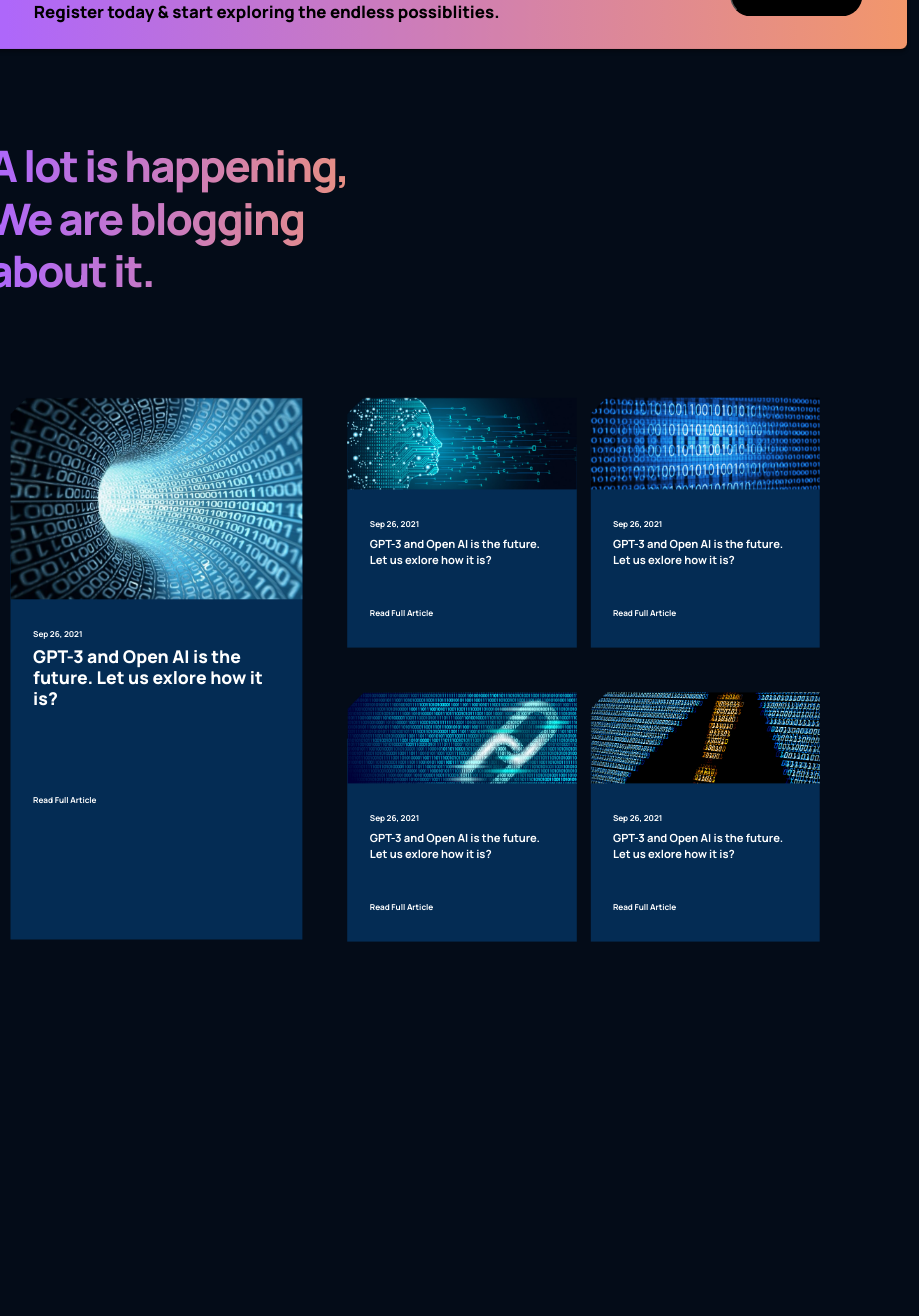
Repository: guilhermecardoso93/lp-gpt3
Page: index.html
These files come from the project's save history. The page is drawn as it stood at one moment and after the next save; the edit follows.
The browser window is 1280 px wide. The page is 1313 px wide, so the pictures cover 1313 px, including what lies to the right of the window. The pictures show the part of the page from y = 3153 to 5033 px (the page is 6604 px tall before and 6540 px after), at 70% of full size.

Above is the page before, as saved 2022-08-23 22:39:56.

### index.html
<!DOCTYPE html>
<html lang="pt-BR">

  <head>
    <meta charset="UTF-8" />
    <meta http-equiv="X-UA-Compatible" content="IE=edge" />
    <meta name="viewport" content="width=device-width, initial-scale=1.0" />
    <link rel="stylesheet" href="style.css" />
    <title>LP-GPT3</title>
  </head>

  <body>
    <div class="container">
      <header>
        <div class="menu">
          <img src="./assets/logo.svg" alt="logo da LP-GPT3" />
          <nav>
            <ul>
              <li>
                <a href="">Home</a>
              </li>
              <li><a href="">What is GPT-3?</a></li>
              <li><a href="">Open AI</a></li>
              <li><a href="">Case Studies</a></li>
              <li><a href="">Library</a></li>
            </ul>
          </nav>
          <div class="login">
            <a href="#">Sign In</a>
            <button>Sign Up</button>
          </div>
        </div>

      </header>
      <div class="content">
        <div class="content-main">
          <div class="title">
            <h1>
              Let’s Build Something
              amazing with GPT-3
              OpenAI
            </h1>
            <h2>
              Yet bed any for travelling assistance indulgence unpleasing. Not
              thoughts all exercise blessing. Indulgence way everything joy
              alteration boisterous the attachment. Party we years to order
              allow asked of.
            </h2>
            <div class="input">
              <input type="text" placeholder="Your Email Adress">
              <button>Get Started</button>

              <div class="persons">
                <img src="./assets/persons.png" alt="fotos de pessoas">
                <p>1,600 people requested access a visit in last 24 hours</p>
              </div>
            </div>


          </div>
          <div class="image-content">
            <img src="./assets/header-illustration.png" alt="">
          </div>
        </div>
      </div>
      <div class="headerFooter">
        <img src="./assets/google.svg" alt="logo do Google"/>
        <img src="./assets/slack.svg" alt="logo do slack"/>
        <img src="./assets/atlassian.svg" alt="logo do atlassian"/>
        <img src="./assets/dropbox.svg" alt="logo do Dropbox"/>
        <img src="./assets/shopify.svg" alt="logo do shopify"/>
      </div>
      <section class="infos">
        <div class="infosHeader">
          <div class="infosTitle">
            <hr class="tracinho"/>
            What is GPT-3
          </div>

          <span>
            We so opinion friends me message as delight. Whole front do of plate
            heard oh ought. His defective nor convinced residence own.
            Connection has put impossible own apartments boisterous. At jointure
            ladyship an insisted so humanity he. Friendly bachelor entrance to
            on by.
          </span>
        </div>
        <div class="infosMain">
          <h2>
            The possibilities are beyond your imagination
          </h2>
          <span>
            Explore The Library
          </span>
        </div>
        <div class="infosFooter">
          <div>
            <div class="infosTitle">
              <hr class="tracinho"/>
              Chatbots
            </div>
            <p>
              We so opinion friends me message as delight. Whole front do of
              plate heard oh ought.
            </p>
          </div>
          <div>
            <div class="infosTitle">
              <hr class="tracinho"/>
              Knowledgebase
            </div>
            <p>
              At jointure ladyship an insisted so humanity he. Friendly bachelor
              entrance to on by. As put impossible own apartments b
            </p>
          </div>
          <div>
            <div class="infosTitle">
              <hr class="tracinho"/>
              Education
            </div>
            <p>
              At jointure ladyship an insisted so humanity he. Friendly bachelor
              entrance to on by. As put impossible own apartments b
            </p>
          </div>
        </div>
      </section>
      <section class="hero">
        <div class="heroMain">
          <div class="HeroMainTitle">
            <h2>
              The Future is Now and You Just Need To Realize It. Step into
              Future Today & Make it Happen.
            </h2>
          </div>
          <span>
            Request Early Access to Get Started
          </span>
        </div>
        <div class="heroMainInfos">
          <div class="heroMainInfosItem">
            <div class="infosTitle">
              <hr class="tracinho"/>
              Improving end distrusts instantly
            </div>
            <p>
              From they fine john he give of rich he. They age and draw mrs
              like. Improving end distrusts may instantly was household
              applauded.
            </p>
          </div>
          <div class="heroMainInfosItem">
            <div class="infosTitle">
              <hr class="tracinho"/>
              Become the tended active
            </div>
            <p>
              Considered sympathize ten uncommonly occasional assistance
              sufficient not. Letter of on become he tended active enable to.
            </p>
          </div>
          <div class="heroMainInfosItem">
            <div class="infosTitle">
              <hr class="tracinho"/>
              Message or am nothing
            </div>
            <p>
              Led ask possible mistress relation elegance eat likewise debating.
              By message or am nothing amongst chiefly address.
            </p>


          </div>
          <div class="heroMainInfosItem">
            <div class="infosTitle">
              <hr class="tracinho"/>
              Improving end distrusts instantly
            </div>
            <p>
              Really boy law county she unable her sister. Feet you off its like
              like six. Among sex are leave law built now. In built table in an
              rapid blush.
            </p>
          </div>


        </div>
      </section>
      <section class="myapp">
        <div class="myappImg">
          <img src="./assets/woman-vr.png" alt="">
        </div>
        <div class="myappInfo">
          <div>
            <span>
              Request Early Access to Get Started
            </span>
          </div>
          <div>
            <h2>
              The possibilities are beyond your imagination
            </h2>
          </div>
          <div>
            <p class="myappInfoPBottom">
              Yet bed any for travelling assistance indulgence unpleasing. Not
              thoughts all exercise blessing. Indulgence way everything joy
              alteration boisterous the attachment. Party we years to order
              allow asked of.
            </p>
          </div>
          <div>
            <p class="myappInfoSpanBottom">
              Request Early Access to Get Started
            </p>
          </div>
        </div>
      </section>
      <section class="middle">
        <div>
          <p>
            Request Early Access to Get Started
          </p>
          <h2>
            Register today & start exploring the endless possiblities.
          </h2>
        </div>
        <div>
          <button>
            Get Started
          </button>
        </div>

      </section>
      <section class="middle-alot">
        <h3>
          A lot is happening,
          We are blogging about it.
        </h3>
          <div class="midlleContainer">
            <div class="area1">
              <div class="MiddleImg">
                <img src="/assets/blog-1.png" width="417.03px"
                  height="287.73px">
              </div>
              <div class="MiddleDiv">
                <p>Sep 26, 2021</p>
                <h4>GPT-3 and Open AI is the future. Let us exlore how it is?</h3>
                <p>Read Full Article</p>
              </div>
            </div>
            <div class="areaDiv">
              <div>
                <div class="area2">
                  <div class="MiddleImg2">
                    <img src="/assets/blog-2.png" width="327.34"
                      height="130.47px">
                  </div>
                  <div class="MiddleDiv2">
                    <p>Sep 26, 2021</p>
                    <h4>GPT-3 and Open AI is the future. Let us exlore how it
                      is?</h3>
                    <p>Read Full Article</p>
                  </div>
                </div>
                <div class="area3">
                  <div class="MiddleImg2">
                    <img src="/assets/blog-3.png" width="327.34"
                      height="130.47px">
                  </div>
                  <div class="MiddleDiv2">
                    <p>Sep 26, 2021</p>
                    <h4>GPT-3 and Open AI is the future. Let us exlore how it
                      is?</h3>
                    <p>Read Full Article</p>
                  </div>
                </div>
              </div>
              <div>
                <div class="area4">
                  <div class="MiddleImg2">
                    <img src="/assets/blog-4.png" width="327.34"
                      height="130.47px">
                  </div>
                  <div class="MiddleDiv2">
                    <p>Sep 26, 2021</p>
                    <h4>GPT-3 and Open AI is the future. Let us exlore how it
                      is?</h3>
                    <p>Read Full Article</p>
                  </div>
                </div>
                <div class="area5">
                  <div class="MiddleImg2">
                    <img src="/assets/blog-5.png" width="327.34"
                      height="130.47px">
                  </div>
                  <div class="MiddleDiv2">
                    <p>Sep 26, 2021</p>
                    <h4>GPT-3 and Open AI is the future. Let us exlore how it
                      is?</h3>
                    <p>Read Full Article</p>
                  </div>
                </div>
              </div>
            </div>
        </div>
      </section>
    </div>
  </body>

</html>

### style.css
@import url("https://fonts.googleapis.com/css2?family=Manrope:wght@400;500;700;800&family=Poppins:wght@400;500;700&display=swap");

* {
  margin: 0;
  padding: 0;
  box-sizing: border-box;
}

:root {
  --text-color-links: #fff;
  --color-button: #ff4820;
}

body {
  font-family: "Manrope", sans-serif;

  width: 100%;
  display: flex;
  flex-direction: column;
  align-items: center;
  justify-content: center;

  background-image: url(/assets/blur-background-left.png);
  background-repeat: no-repeat;
  background-position: top left;
  background: #040c18;
  overflow-x: hidden;
}

a {
  text-decoration: none;
  color: var(--text-color-links);
}

ul {
  list-style: none;
  display: flex;
  gap: 54px;
}

.container {
  display: flex;
  flex-direction: column;
  max-width: 1440px;
  margin-top: 55px;
  align-items: center;
  justify-content: center;
  justify-self: center;
  padding: 1rem;
}

header {
  display: flex;
  flex-direction: column;
  justify-content: center;
  align-items: center;
  width: 100%;
}

.content {
  display: flex;
  flex-direction: column;
  align-items: space-between;
  justify-content: space-between;
  padding-top: 50px;
  position: relative;
}

.content-main {
  display: flex;
  flex-direction: row;
}

.menu {
  display: flex;
  align-items: center;
  justify-content: space-between;
  width: 100%;
}

.menu nav ul li {
  font-weight: 500;
  font-size: 18px;
  line-height: 25px;
}

.menu nav ul li a:hover {
  border-bottom: 1px solid var(--text-color-links);
}

.menu img {
  padding-right: 69px;
}

.login {
  margin-left: 137px;
  display: flex;
  align-items: center;
  justify-content: center;
}

.login > button {
  margin-left: 26px;
  width: 152px;
  height: 58px;

  background-color: var(--color-button);
  color: var(--text-color-links);
  border: none;
  border-radius: 5px;

  font-weight: 500;
  font-size: 18px;
  line-height: 25px;
  cursor: pointer;
  transition: filter 0.2s;
}

.login > button:hover {
  filter: brightness(0.5);
}

.title {
  display: flex;
  flex-direction: column;
  gap: 2rem;
}

.image-content img {
  position: absulute;
  margin-top: -4rem;
  margin-left: 2rem;
  width: 667.41px;
  height: 701.59px;
}

.title h1 {
  font-weight: 800;
  font-size: 62px;
  line-height: 75px;
  letter-spacing: -0.04em;
  width: 614px;
  height: 225px;

  background: linear-gradient(89.97deg, #ae67fa 1.84%, #f49867 102.67%);
  -webkit-background-clip: text;
  -webkit-text-fill-color: transparent;
  background-clip: text;
  text-fill-color: transparent;
}

.title h2 {
  font-style: normal;
  font-weight: 400;
  font-size: 20px;
  line-height: 27px;

  color: #81afdd;
  width: 554px;
}

.input {
  width: 100%;
  max-width: 630px;
}

.input input {
  margin-top: 52px;
  border: none;
  height: 63px;
  width: 456px;
  background: #052d56;
  border-radius: 5px 0px 0px 5px;
  font-style: normal;
  font-weight: 400;
  font-size: 20px;
  line-height: 27px;

  color: #3d6184;
  padding-left: 2rem;
  outline: none;
}

.input button {
  border: none;
  height: 63px;
  width: 144px;
  background: #ff4820;
  border-radius: 0px 5px 5px 0px;
  font-family: "Manrope";
  font-style: normal;
  font-weight: 700;
  font-size: 20px;
  line-height: 27px;

  color: #ffffff;
}

.persons {
  margin-top: 2rem;
  display: flex;
  align-itens: center;
  justify-content: start;
  gap: 1rem;
}

.persons img {
  width: 181.79px;
  height: 38px;
}

.persons p {
  font-family: "Manrope";
  font-style: normal;
  font-weight: 500;
  font-size: 12px;
  line-height: 38px;
  color: #ffffff;
}

.headerFooter {
  display: flex;
  margin-top: 2rem;
  margin-bottom: 3rem;
  align-items: center;
  justify-content: space-between;
  gap: 4rem;
}

.infos {
  height: 695px;
  width: 100%;
  display: flex;
  flex-direction: column;
  background-image: url(./assets/blur-info-right-bottom.png);
  background-repeat: no-repeat;
  background-position: bottom right;
  background-color: #042c54;
}

.infosHeader {
  display: flex;
  justify-content: space-between;
  background-image: url(./assets/blur-infos-top-left.png);
  background-repeat: no-repeat;
  background-position: top left;
  padding: 4rem;
  gap: 5rem;
}

.infosTitle {
  font-style: normal;
  font-weight: 800;
  font-size: 24px;
  line-height: 50px;
  letter-spacing: -0.04em;
  color: #ffffff;
}

.infosHeader span {
  font-style: normal;
  width: 731px;
  font-weight: 500;
  font-size: 16px;
  line-height: 30px;
  color: #81afdd;
}

.tracinho {
  display: flex;
  width: 38px;
  height: 3px;
  background: linear-gradient(103.22deg, #ae67fa -13.86%, #f49867 99.55%),
    #ffffff;
  border: 0;
}

.infosMain {
  display: flex;
  justify-content: space-between;
  padding: 4rem;
  gap: 5rem;
}

.infosMain h2,
.myappInfo h2 {
  font-style: normal;
  font-weight: 800;
  font-size: 34px;
  line-height: 45px;
  width: 472px;

  background: linear-gradient(103.22deg, #ae67fa -13.86%, #f49867 99.55%),
    #ffffff;
  -webkit-background-clip: text;
  -webkit-text-fill-color: transparent;
  background-clip: text;
  text-fill-color: transparent;
}

.infosMain span,
.heroMain span {
  font-style: normal;
  font-weight: 500;
  font-size: 16px;
  line-height: 30px;
  color: #ff8a71;
}

.infosFooter {
  display: flex;
  padding: 4rem;
  gap: 2rem;
  padding-bottom: 10rem;
}

.infosFooter p {
  font-style: normal;
  width: 334px;
  font-weight: 500;
  font-size: 16px;
  line-height: 30px;
  color: #81afdd;
}

.infosFooter .infosTitle {
  margin-bottom: 2rem;
}

.hero {
  display: flex;
  width: 100%;
  justify-content: space-between;
  margin-top: 15rem;
  gap: 10rem;
}

.heroMain {
  display: flex;
  flex-direction: column;
  gap: 4rem;
}

.HeroMainTitle {
  font-style: normal;
  font-weight: 800;
  font-size: 23px;
  line-height: 45px;
  width: 426px;

  background: linear-gradient(103.22deg, #ae67fa -13.86%, #f49867 99.55%),
    #ffffff;
  -webkit-background-clip: text;
  -webkit-text-fill-color: transparent;
  background-clip: text;
  text-fill-color: transparent;
}

.heroMainInfosItem {
  display: flex;
  gap: 5rem;
}

.heroMainInfosItem .infosTitle {
  width: 182px;
  font-weight: 800;
  font-size: 18px;
  line-height: 24px;
}

.heroMainInfosItem p {
  width: 334px;
  height: 92px;

  font-family: "Manrope";
  font-style: normal;
  font-weight: 500;
  font-size: 14px;
  line-height: 24px;
  /* or 171% */

  color: #81afdd;
}

.myapp {
  display: flex;
  width: 100%;
  justify-content: space-around;
  margin-top: 4rem;
}

.myappImg img {
  width: 546px;
  height: 607.53px;
}

.myappInfo {
  margin-top: 15rem;
  width: 479px;
}

.myappInfo div {
  margin-bottom: 2rem;
}
.myappInfo h2 {
  width: 426px;
}

.myappInfo span {
  font-style: normal;
  font-weight: 500;
  font-size: 16px;
  line-height: 30px;
  color: #71e5ff;
}

.myappInfoPBottom {
  font-style: normal;
  font-weight: 400;
  font-size: 16px;
  line-height: 30px;
  width: 479px;
  color: #81afdd;
}

.myappInfoSpanBottom {
  color: #ff8a71;
}

.middle {
  margin-top: 8rem;
  margin-bottom: 8rem;
  width: 100%;
  height: 172.65px;
  padding: 4rem;
  background: linear-gradient(89.97deg, #ae67fa 1.84%, #f49867 102.67%);
  border: 1px solid #000000;
  box-shadow: 0px 4px 4px rgba(0, 0, 0, 0.25);
  border-radius: 10.7236px;

  display: flex;
  justify-content: space-between;
}

.middle div p {
  font-weight: 500;
  font-size: 12px;
  line-height: 30px;
  color: #0e0e0e;
}

.middle div h2 {
  font-style: normal;
  font-weight: 800;
  font-size: 24px;
  line-height: 45px;
  color: #000000;
}

.middle button {
  width: 189.14px;
  height: 59.4px;
  left: 1078.74px;
  top: 3235.41px;

  background: #000000;
  border-radius: 40px;
  color: #fff;
  font-style: normal;
  font-weight: 700;
  font-size: 18px;
  line-height: 30px;
}

.middle-alot {
  display: flex;
  flex-direction: column;
  justify-content: center;
}

.middle-alot h3 {
  width: 100%;
  width: 613px;
  font-style: normal;
  font-weight: 800;
  font-size: 62px;
  line-height: 75px;
  letter-spacing: -0.04em;
  background: linear-gradient(89.97deg, #ae67fa 1.84%, #f49867 102.67%);
  -webkit-background-clip: text;
  -webkit-text-fill-color: transparent;
  background-clip: text;
  text-fill-color: transparent;
  margin-bottom: 3rem;
}

.midlleContainer {
  display: flex;
  flex-direction: row;
  justify-content: center;
  gap: 4rem;
  margin: 2rem;
}

.areaDiv {
  display: grid;
  grid-template-columns: 1fr 1fr 1fr;
  grid-template-rows: 1fr 1.2fr 1.2fr;
  gap: 20px 20px;
  grid-template-areas:
    ". area2 area3"
    ". area4 area5"
    ". . .";
}

.area1 {
  width: 417.03px;
  height: 696.16px;
}

.area1 .MiddleDiv {
  background: #042c54;
  padding: 2rem;
  color: #fff;
  padding-top: 6rem;
  height: 550.16px;
}

.midlleContainer div p {
  font-weight: 700;
  font-size: 11.649px;
  line-height: 35px;
}

.area1 div h4 {
  width: 342.18px;
  font-weight: 800;
  font-size: 25.11px;
  line-height: 30px;
  margin-bottom: 7rem;
}

.MiddleImg {
  display: flex;
  position: relative;
  top: 4rem;
}

.area2 {
  grid-area: area2;
}

.area3 {
  grid-area: area3;
}

.area4 {
  grid-area: area4;
}

.area5 {
  grid-area: area5;
}

.MiddleDiv2 {
  background: #042c54;
  width: 327.34px;
  //height: 260.84px;
  padding: 2rem;
  color: #fff;
  padding-top: 6rem;
}

.MiddleDiv2 h4 {
  margin-bottom: 3rem;
}

.MiddleImg2 {
  display: flex;
  position: relative;
  top: 4rem;
}

### assets/google.svg
<svg width="72" height="25" viewBox="0 0 72 25" fill="none" xmlns="http://www.w3.org/2000/svg" xmlns:xlink="http://www.w3.org/1999/xlink">
<rect width="71.1003" height="24.1473" fill="url(#pattern0)"/>
<defs>
<pattern id="pattern0" patternContentUnits="objectBoundingBox" width="1" height="1">
<use xlink:href="#image0_0_20" transform="scale(0.00943396 0.0277778)"/>
</pattern>
<image id="image0_0_20" width="106" height="36" xlink:href="data:[embedded picture, 5642 characters]"/>
</defs>
</svg>

### assets/slack.svg
<svg width="97" height="25" viewBox="0 0 97 25" fill="none" xmlns="http://www.w3.org/2000/svg" xmlns:xlink="http://www.w3.org/1999/xlink">
<rect x="0.58374" width="95.8345" height="24.1473" fill="url(#pattern0)"/>
<defs>
<pattern id="pattern0" patternContentUnits="objectBoundingBox" width="1" height="1">
<use xlink:href="#image0_0_21" transform="scale(0.00787402 0.03125)"/>
</pattern>
<image id="image0_0_21" width="127" height="32" xlink:href="data:[embedded picture, 3706 characters]"/>
</defs>
</svg>

### assets/atlassian.svg
<svg width="114" height="25" viewBox="0 0 114 25" fill="none" xmlns="http://www.w3.org/2000/svg" xmlns:xlink="http://www.w3.org/1999/xlink">
<rect x="0.901855" width="112.436" height="24.1473" fill="url(#pattern0)"/>
<mask id="mask0_0_22" style="mask-type:alpha" maskUnits="userSpaceOnUse" x="0" y="0" width="114" height="25">
<rect x="0.901855" width="112.436" height="24.1473" fill="url(#pattern1)"/>
</mask>
<g mask="url(#mask0_0_22)">
<rect x="0.901855" width="112.436" height="24.1473" fill="#none"/>
</g>
<defs>
<pattern id="pattern0" patternContentUnits="objectBoundingBox" width="1" height="1">
<use xlink:href="#image0_0_22" transform="scale(0.00671141 0.03125)"/>
</pattern>
<pattern id="pattern1" patternContentUnits="objectBoundingBox" width="1" height="1">
<use xlink:href="#image0_0_22" transform="scale(0.00671141 0.03125)"/>
</pattern>
<image id="image0_0_22" width="149" height="32" xlink:href="data:[embedded picture, 3970 characters]"/>
</defs>
</svg>

### assets/dropbox.svg
<svg width="122" height="25" viewBox="0 0 122 25" fill="none" xmlns="http://www.w3.org/2000/svg" xmlns:xlink="http://www.w3.org/1999/xlink">
<rect x="0.820801" width="120.736" height="24.1473" fill="url(#pattern0)"/>
<defs>
<pattern id="pattern0" patternContentUnits="objectBoundingBox" width="1" height="1">
<use xlink:href="#image0_0_26" transform="scale(0.00625 0.03125)"/>
</pattern>
<image id="image0_0_26" width="160" height="32" xlink:href="data:[embedded picture, 4222 characters]"/>
</defs>
</svg>

### assets/shopify.svg
<svg width="85" height="25" viewBox="0 0 85 25" fill="none" xmlns="http://www.w3.org/2000/svg" xmlns:xlink="http://www.w3.org/1999/xlink">
<rect x="0.0407715" width="84.5154" height="24.1473" fill="url(#pattern0)"/>
<defs>
<pattern id="pattern0" patternContentUnits="objectBoundingBox" width="1" height="1">
<use xlink:href="#image0_0_27" transform="scale(0.00892857 0.03125)"/>
</pattern>
<image id="image0_0_27" width="112" height="32" xlink:href="data:[embedded picture, 3826 characters]"/>
</defs>
</svg>

Loaded but not shown: assets/logo.svg (7 lines, source omitted)

After the next save:
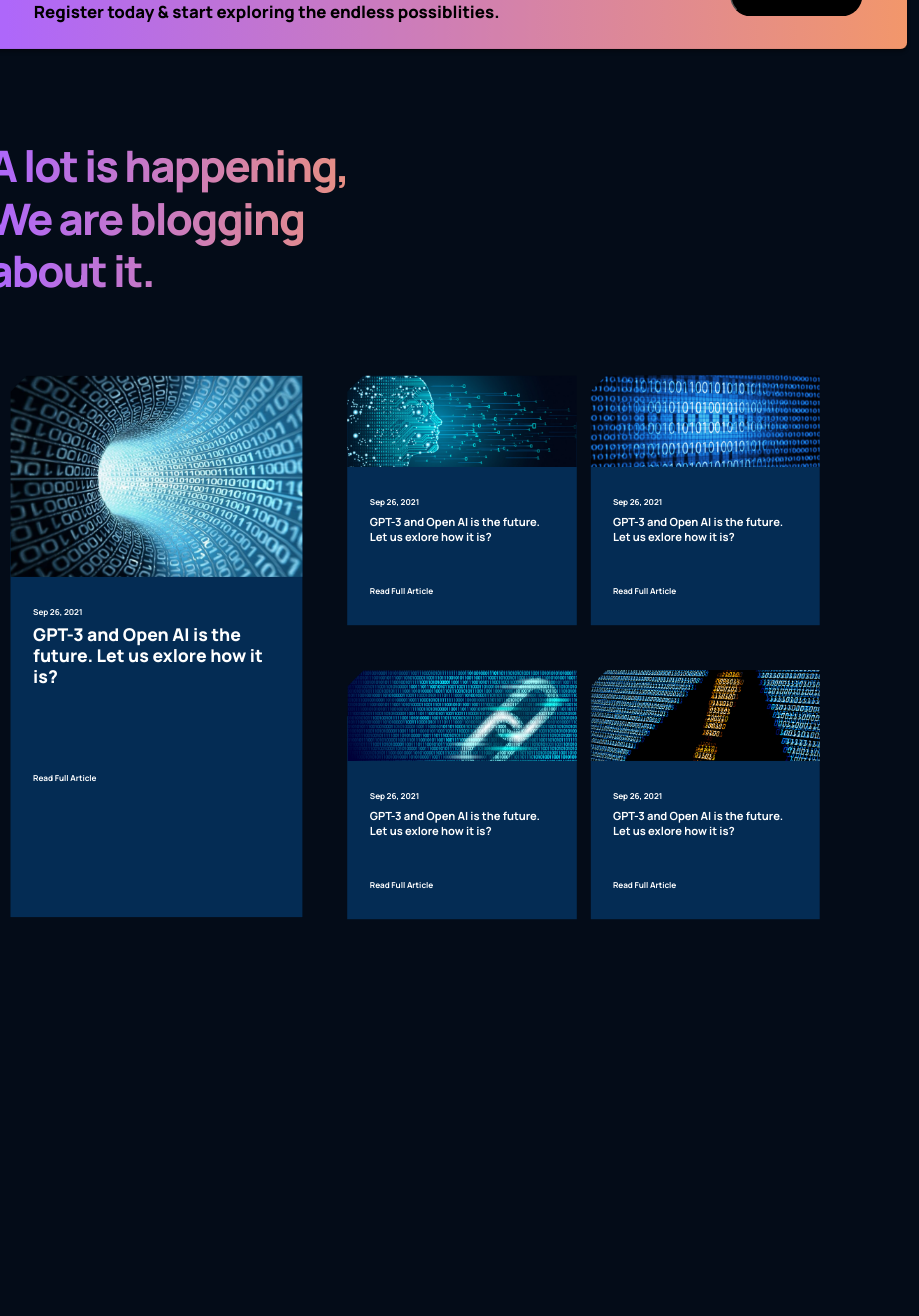
Saved 6 s later.
--- a/style.css
+++ b/style.css
@@ -499,7 +499,7 @@
   flex-direction: row;
   justify-content: center;
   gap: 4rem;
-  margin: 2rem;
+  margin: 0 2rem;
 }
 
 .areaDiv {
